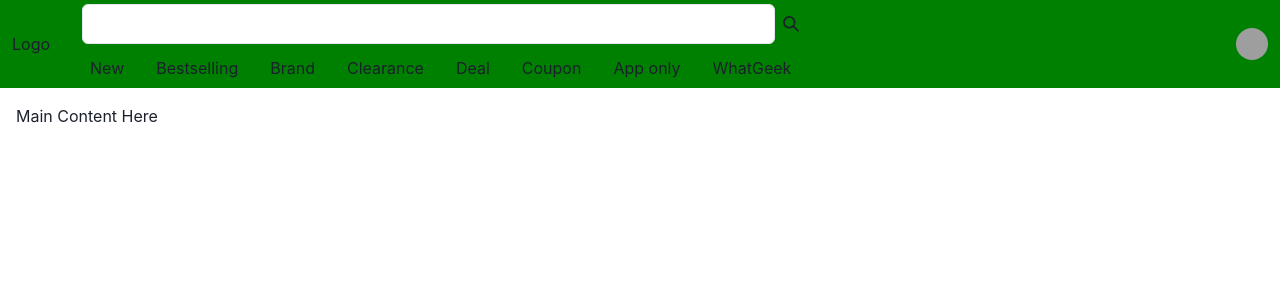
Repository: Vedprakas987/Shopee_cw24
Page: / (app in shopee_online/)
These files come from the project's save history. The page is drawn as it stood at one moment and after a run of saves; the edit follows.
The browser window is 1280 px wide. The pictures show the whole page.
Pictures or frames that could not be fetched are drawn as grey boxes. The project was rebuilt for these pictures with package versions that can differ from the ones it lists, and the page was loaded fresh each time.

Above is the page before, as saved 2022-12-15 21:23:17.

After the next 3 saves:
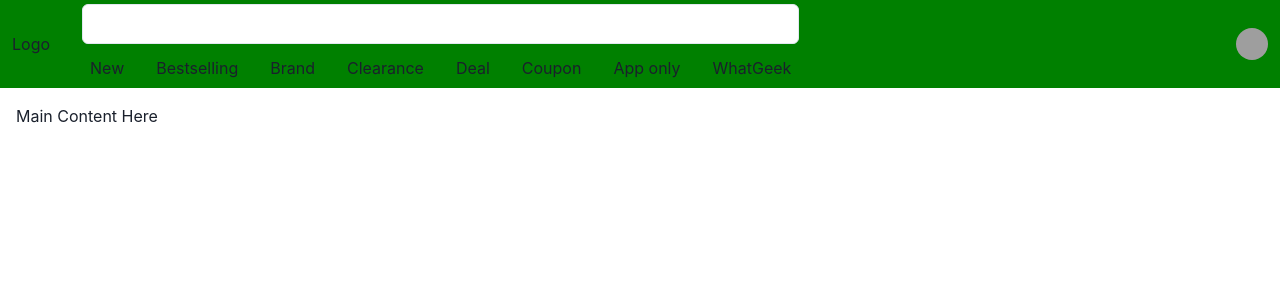
The 3 saves are shown as one change because they came seconds apart.
The last was saved 2 min 55 s later.
--- a/shopee_online/src/Routes/Navbar.jsx
+++ b/shopee_online/src/Routes/Navbar.jsx
@@ -55,7 +55,7 @@ export default function Navbar() {
             <VStack>
                 <HStack w="100%">
                 <Input bg="white" color="black"/>
-                <SearchIcon/>
+
                 </HStack>
             <HStack
               as={'nav'}
